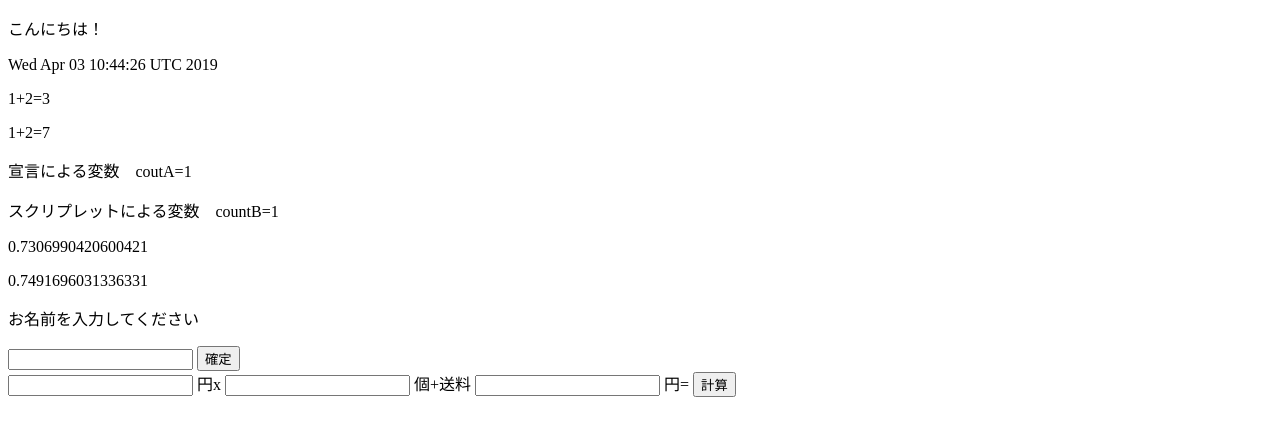
Repository: Higa111/test
Page: http://localhost/HelloJSP/
An editor plug-in stored every save of this project. The page is shown before and after the next save, followed by the edit.
The browser window is 1280 px wide. The pictures show the whole page.
The page is served by Tomcat 9.

Above is the page before, as saved 2019-04-03 12:10:56.

After the next save:
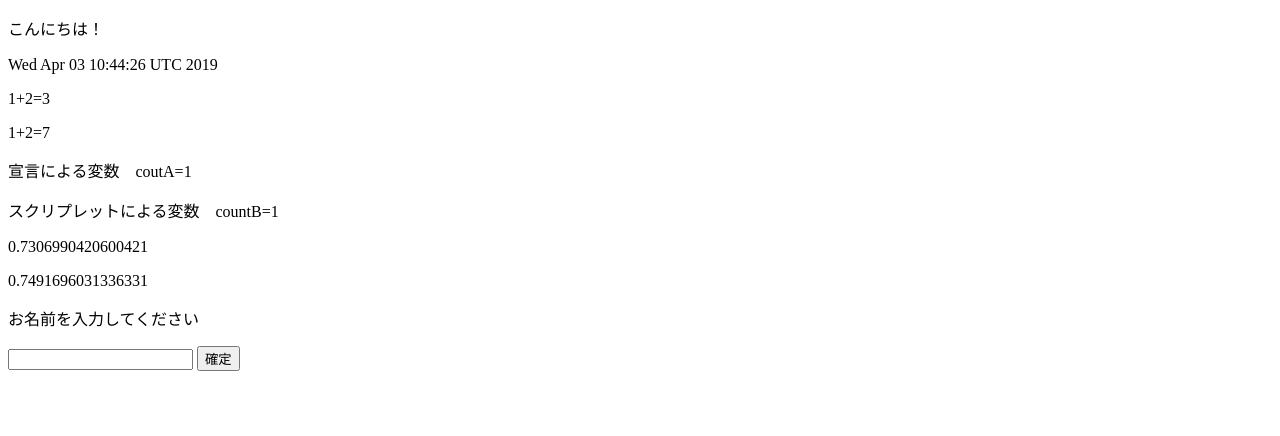
Saved 2 min 59 s later.
--- a/HelloJSP/WebContent/index.jsp
+++ b/HelloJSP/WebContent/index.jsp
@@ -39,15 +39,5 @@ countB++;
 <input type="text" name="user">
 <input type="submit"value="確定">
 </form>
-
-<form method="post" action="total-out.jsp">
-<input type="text" name="price">
-円x
-<input type="text" name="count">
-個+送料
-<input type="text" name="delivery">
-円=
-<input type="submit" value="計算">
-</form>
 </body>
 </html>
